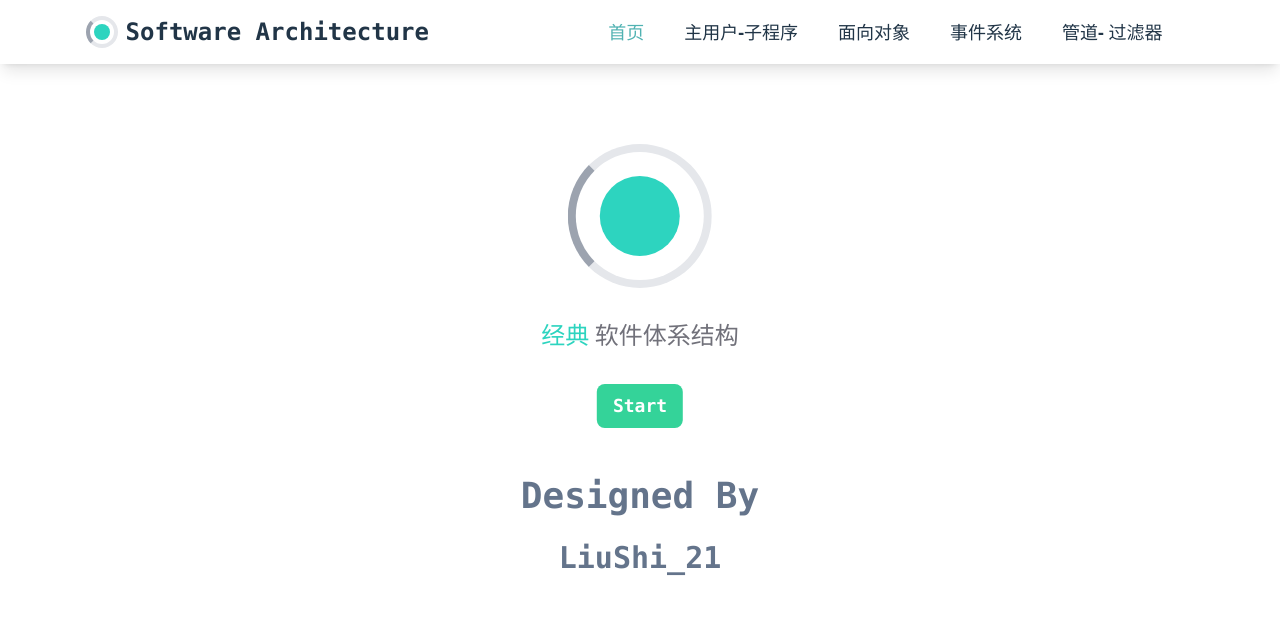
Repository: MarchRory/software_architecture_lab2
Page: / (app in lab2/)
The author's editor kept a copy of each file at every save. The page is drawn from the files as they stood at one save, then again after the next save.
The browser window is 1280 px wide. The pictures show the whole page.
The project was rebuilt for these pictures with package versions that can differ from the ones it lists, and the page was loaded fresh each time. Also part of the build but not shown: lab2/vite.config.ts. Imported but missing from the stored project, and not drawn on this page: lab2/src/views/OOP/index.vue, lab2/src/views/PipFilter/index.vue, lab2/src/views/eventsSys/index.vue, lab2/src/views/mainChild/index.vue.

Above is the page before, as saved 2023-11-17 21:40:58.

### lab2/index.html
<!Doctype html>
<html lang="en">
  <head>
    <meta charset="UTF-8" />
    <link rel="icon" type="image/svg+xml" href="/vite.svg" />
    <meta name="viewport" content="width=device-width, initial-scale=1.0" />
    <title>经典软件体系结构</title>
  </head>
  <body>
    <div id="app"></div>
    <script type="module" src="/src/main.ts"></script>
  </body>
</html>

### lab2/src/main.ts
import { createApp } from 'vue'
import './style.css'
import './style/index.css'
import hljs from 'highlight.js/lib/core'
import 'highlight.js/styles/androidstudio.css'
import java from 'highlight.js/lib/languages/java'
import router from '@/router/index'
import pinia from '@/store/index'
import App from './App.vue'
import "tailwindcss/tailwind.css"
const vueApp = createApp(App)
hljs.registerLanguage('java', java)
// 高亮指令
vueApp.directive('highlight', (el) => {
    const blocks = el.querySelectorAll('pre code')
    blocks.forEach((block: any) => {
        hljs.highlightElement(block)
    })
})
vueApp.use(router).use(pinia).mount('#app')

### lab2/src/style.css
:root {
  font-family: Inter, system-ui, Avenir, Helvetica, Arial, sans-serif;
  line-height: 1.5;
  font-weight: 400;

  color-scheme: light dark;
  color: rgba(255, 255, 255, 0.87);
  background-color: #242424;

  font-synthesis: none;
  text-rendering: optimizeLegibility;
  -webkit-font-smoothing: antialiased;
  -moz-osx-font-smoothing: grayscale;
  -webkit-text-size-adjust: 100%;
}

a {
  font-weight: 500;
  color: #646cff;
  text-decoration: inherit;
}
a:hover {
  color: #535bf2;
}

body {
  margin: 0;
  display: flex;
  place-items: center;
  min-width: 320px;
  min-height: 100vh;
}

@media (prefers-color-scheme: light) {
  :root {
    color: #213547;
    background-color: #ffffff;
  }
  a:hover {
    color: #747bff;
  }
  button {
    background-color: #f9f9f9;
  }
}

### lab2/src/router/index.ts
import { createRouter, createWebHashHistory, RouteRecordRaw } from "vue-router";
export const routes: Array<RouteRecordRaw> = [
    {
        path: '/',
        name: 'hello',
        meta: {
            tabName: '主页'
        },
        component: () => import('@/layout/index.vue'),
        redirect: '/home',
        children: [
            {
                path: '/home',
                name: 'home',
                component: () => import('@/views/hello/index.vue'),
                meta: {
                    title: '首页'
                }
            }, {
                path: '/mainChild',
                name: 'mainChild',
                component: () => import('@/views/mainChild/index.vue'),
                meta: {
                    title: '主用户-子程序'
                }
            }, {
                path: '/OOP',
                name: "OOP",
                component: () => import('@/views/OOP/index.vue'),
                meta: {
                    title: '面向对象'
                }
            }, {
                path: '/eventSys',
                name: "eventSys",
                component: () => import("@/views/eventsSys/index.vue"),
                meta: {
                    title: '事件系统'
                }
            }, {
                path: '/pipFilter',
                name: "pipFilter",
                component: () => import('@/views/PipFilter/index.vue'),
                meta: {
                    title: "管道- 过滤器"
                }
            }
        ]
    },
]

const router = createRouter({
    history: createWebHashHistory(),
    routes
})

export default router

### lab2/src/store/index.ts
import { createPinia } from 'pinia';

const stores = createPinia();

export default stores;

### lab2/src/App.vue
<script setup lang="ts">
	import { defineAsyncComponent } from 'vue';
	import { useRouter } from 'vue-router';
	const router = useRouter();
</script>

<template>
	<div id="app">
		<router-view></router-view>
	</div>
</template>

<style>
	#app {
		width: 100vw;
		height: 100vh;
	}

	::-webkit-scrollbar {
		width: 8px;
	}

	::-webkit-scrollbar-thumb {
		background-color: rgb(69, 199, 202);
		border-radius: 15px;
	}

	::-moz-scrollbar {
		width: 8px;
	}

	::-moz-scrollbar-thumb {
		background-color: rgb(69, 199, 202);
	}
</style>

### lab2/src/layout/index.vue
<script setup lang="ts">
	import { defineAsyncComponent } from 'vue';
	const Navbar = defineAsyncComponent(() => import('./navbar.vue'));
	const APPMain = defineAsyncComponent(() => import('./Main.vue'));
</script>

<template>
	<div class="flex flex-col items-center w-full h-full">
		<Navbar />
		<APPMain class="flex-1" />
	</div>
</template>

### lab2/src/views/hello/index.vue
<script setup lang="ts">
	import { useRouter } from 'vue-router';
	const router = useRouter();
	function enter() {
		router.push({
			path: '/mainChild',
		});
	}
</script>

<template>
	<div
		style="position: absolute; left: 50%; top: 50%; transform: translate(-50%, -50%)"
		class="flex flex-col items-center justify-around h-fit"
	>
		<div
			class="flex items-center justify-center mb-8 border-8 rounded-full w-36 h-36 border-l-gray-400"
		>
			<div class="w-20 h-20 bg-teal-400 rounded-full"></div>
		</div>
		<div class="mb-8 space-x-2 text-2xl font-bold text-zinc-500">
			<span class="text-teal-400">经典</span>
			软件体系结构
		</div>
		<div
			@click="enter"
			class="flex items-center justify-center px-4 py-2 font-mono text-lg font-bold text-white rounded-lg hover:cursor-pointer bg-emerald-400"
		>
			Start
		</div>

		<div class="flex flex-col justify-center mt-12 font-mono font-bold w-fit text-slate-500">
			<div class="text-4xl">Designed By</div>
			<br />
			<div style="margin: 0 auto" class="text-3xl">LiuShi_21</div>
		</div>
	</div>
</template>

<style scoped></style>

### lab2/src/layout/navbar.vue
<script setup lang="ts">
	import { useRouter, useRoute, RouteRecordRaw } from 'vue-router';
	import { routes } from '@/router';
	import { ref } from 'vue';
	const router = useRouter();
	const route = useRoute();
	const Navlist = ref();
	function initNav() {
		Navlist.value = routes[0].children?.map((route: RouteRecordRaw) => {
			return {
				path: route.path,
				title: route?.meta.title,
			};
		});
	}
	initNav();
	function switchTab(path: string) {
		router.push({
			path: path,
		});
	}
</script>

<template>
	<div class="flex items-center justify-around w-full h-16 shadow-lg">
		<ul class="flex items-center justify-start list-none">
			<li class="flex items-center justify-center w-8 h-8 border-4 rounded-full border-l-gray-400">
				<div class="w-4 h-4 bg-teal-400 rounded-full"></div>
			</li>
			<li class="font-mono text-2xl navFont">Software Architecture</li>
		</ul>
		<ul class="flex min-w-fit">
			<li
				@click="switchTab(navItem.path)"
				class="mr-8 font-sans text-lg transition-all navFont hover:cursor-pointer"
				:class="[route.path == navItem.path ? 'active' : '']"
				v-for="(navItem, index) in Navlist"
				:key="index"
			>
				{{ navItem.title }}
			</li>
		</ul>
	</div>
</template>

<style scoped>
	.navFont {
		@apply ml-2 font-bold;
	}
	.active {
		color: rgb(80, 178, 178);
	}
	/* 	.active::before {
		display: block;
		content: '';
		position: absolute;
		width: 12px;
		height: 12px;
		border-radius: 50%;
		background-color: rgb(80, 178, 178);
		transform: translate(100%, 50%);
	} */
</style>

### lab2/src/layout/Main.vue
<script setup lang="ts">
	import { nextTick, ref, watch } from 'vue';
	import { useScrollStore } from '@/store/modules/scroll/index';
	import { useScroll } from '@/hooks/useScroll';
	import router from '@/router';
	const scrollStore = useScrollStore();
	scrollStore.init();
	const main = ref<HTMLDivElement>();
	const { pageScroll } = useScroll();
	router.beforeEach((to, from, next) => {
		pageScroll.value = 0;
		if (main.value) {
			scrollStore.update(from.fullPath, main.value.scrollTop);
			next();
		}
	});
	router.afterEach((to, from) => {
		nextTick(() => {
			if (main.value) {
				main.value.scrollTop = scrollStore.useScroll(to.fullPath) as number;
			}
		});
	});
	watch(
		() => pageScroll.value,
		(newV) => {
			let scrollTopTo = newV;
			if (main.value)
				main.value.scrollTo({ top: scrollTopTo > 0 ? scrollTopTo : 0, behavior: 'smooth' });
		},
	);
</script>

<template>
	<div class="w-full h-auto px-56 pt-4 overflow-auto" ref="main">
		<router-view v-slot="{ Component }">
			<keep-alive>
				<component :is="Component" />
			</keep-alive>
		</router-view>
	</div>
</template>

### lab2/src/store/modules/scroll/index.ts
import { defineStore } from "pinia";
import { routes } from "@/router";
import { RouteRecordRaw } from "vue-router";
interface ScrollType {
    scrollMap: Map<string, number>
}
export const useScrollStore = defineStore('useScrollStore', {
    state: (): ScrollType => {
        return {
            scrollMap: new Map()
        }
    },
    actions: {
        init(): void {
            const paths = routes[0].children?.map((route: RouteRecordRaw) => {
                return {
                    path: route.path,
                };
            });
            paths?.forEach((item, index) => {
                this.scrollMap.set(item.path, 0)
            })
        },
        update(routePath: string, scrollTop: number): void {
            this.scrollMap.set(routePath, scrollTop)
        },
        useScroll(routePath: string): number | undefined {
            return this.scrollMap.get(routePath)
        }
    }
})

### lab2/src/hooks/useScroll.ts

import { ComponentInternalInstance, getCurrentInstance, ref } from 'vue'
const pageScroll = ref(0)
export const useScroll = () => {
    return {
        pageScroll
    }
}

Loaded but not shown: lab2/src/style/index.css (common file); lab2/tailwind.config.js (common file)

After the next save:
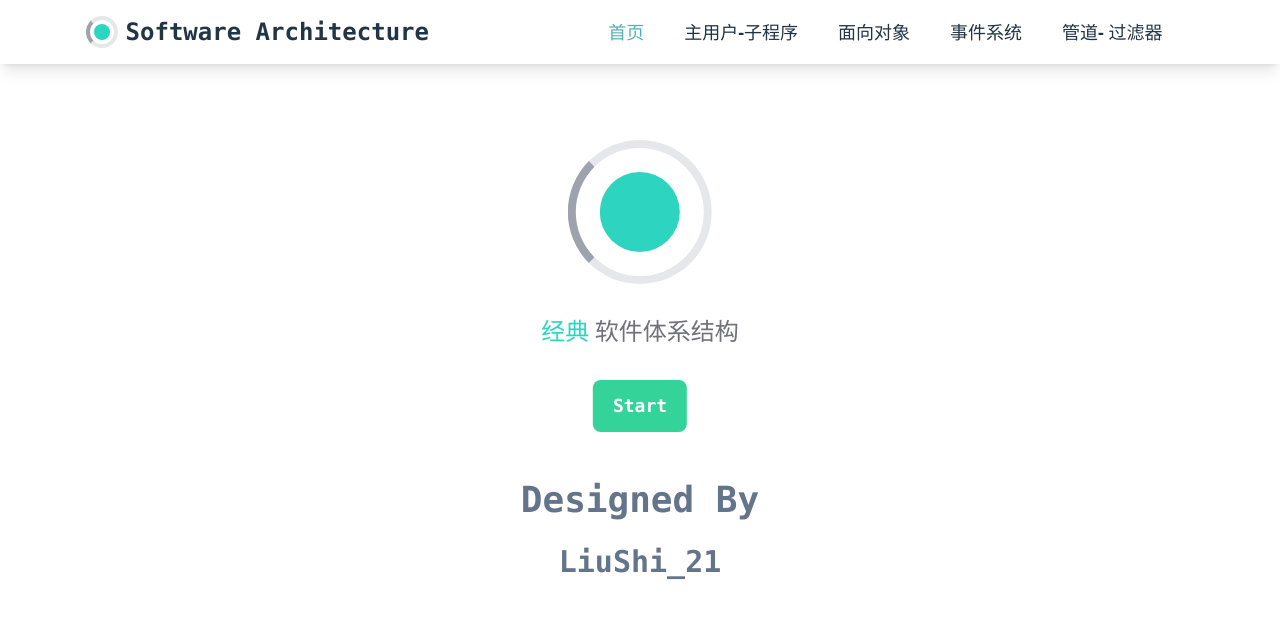
Saved 34 s later.
--- a/lab2/src/views/hello/index.vue
+++ b/lab2/src/views/hello/index.vue
@@ -24,7 +24,7 @@
 		</div>
 		<div
 			@click="enter"
-			class="flex items-center justify-center px-4 py-2 font-mono text-lg font-bold text-white rounded-lg hover:cursor-pointer bg-emerald-400"
+			class="flex items-center justify-center px-5 py-3 font-mono text-lg font-bold text-white rounded-lg hover:cursor-pointer bg-emerald-400"
 		>
 			Start
 		</div>
